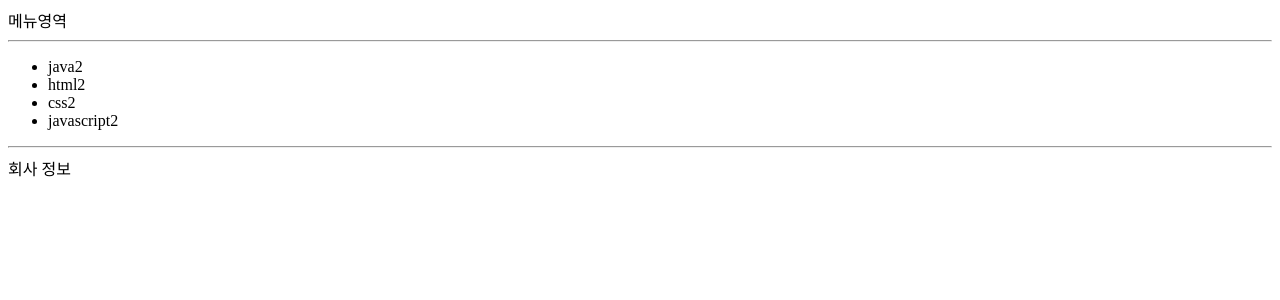
Repository: uni0415/JavaStudy_8452
Page: http://localhost/JspStudy_8452/main2.jsp
These files come from the project's save history. The page is drawn as it stood at one moment and after the next save; the edit follows.
The browser window is 1280 px wide. The pictures show the whole page.
The page is served by Tomcat 9. Nobody is signed in. The application's start-up code is not run.

Above is the page before, as saved 2022-04-06 00:28:30.

After the next save:
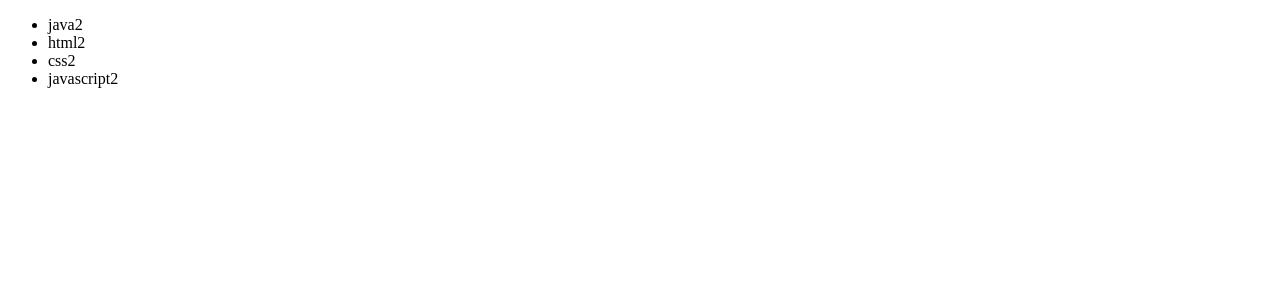
Saved 22 s later.
--- a/JspStudy_8452/src/main/webapp/main2.jsp
+++ b/JspStudy_8452/src/main/webapp/main2.jsp
@@ -7,7 +7,7 @@
 <title>Insert title here</title>
 </head>
 <body>
-	<%@ include file="header.jsp" %>
+
 	<main>
 		<ul>
 			<li>java2</li>
@@ -16,6 +16,6 @@
 			<li>javascript2</li>
 		</ul>
 	</main>
-	<%@ include file="footer.jsp" %>
+
 </body>
 </html>

After the save that followed:
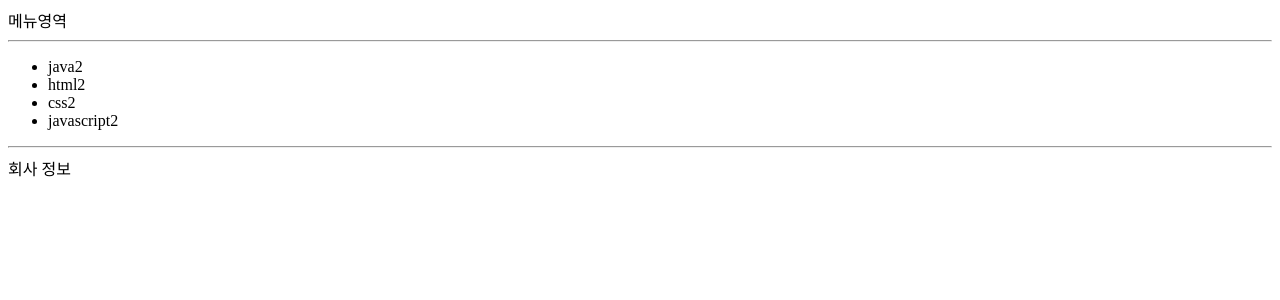
Saved 30 s later.
--- a/JspStudy_8452/src/main/webapp/main2.jsp
+++ b/JspStudy_8452/src/main/webapp/main2.jsp
@@ -7,7 +7,7 @@
 <title>Insert title here</title>
 </head>
 <body>
-
+	<%@ include file="header.jsp" %>
 	<main>
 		<ul>
 			<li>java2</li>
@@ -16,6 +16,6 @@
 			<li>javascript2</li>
 		</ul>
 	</main>
-
+	<%@ include file="footer.jsp" %>
 </body>
 </html>
